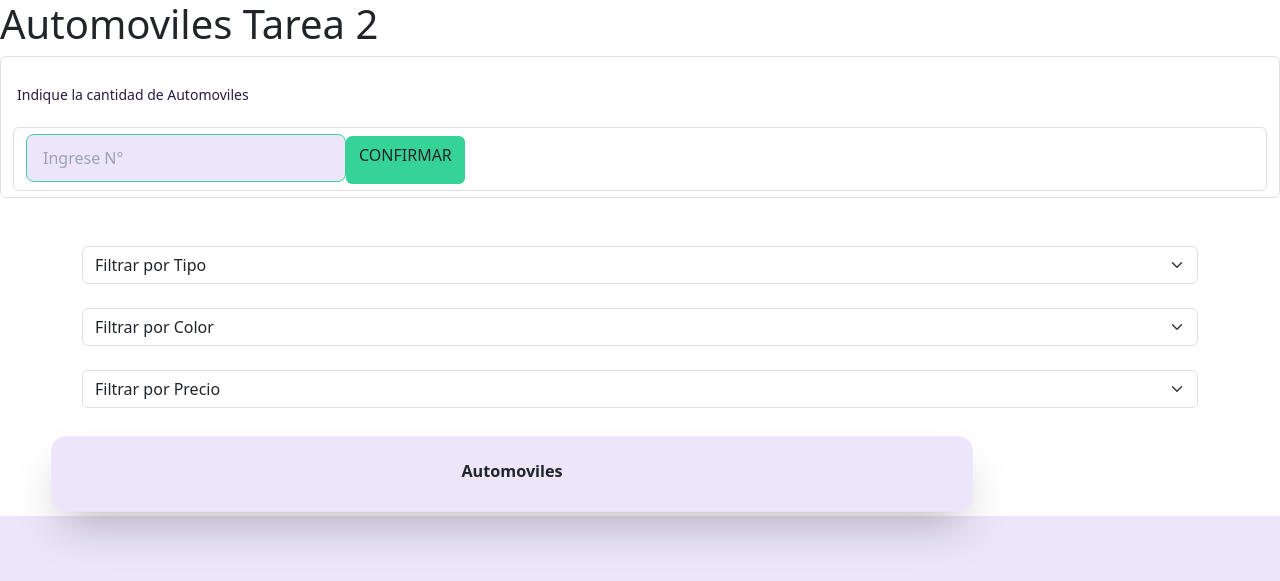
Repository: Claudioxs/Tarea2
Page: /automovil (app in FrontEnd/vue-project/)
The author's editor kept a copy of each file at every save. The page is drawn from the files as they stood at one save, then again after the next save.
The browser window is 1280 px wide. The pictures show the whole page.
The project was rebuilt for these pictures with package versions that can differ from the ones it lists, and the page was loaded fresh each time. Also part of the build but not shown: FrontEnd/vue-project/vite.config.js, FrontEnd/vue-project/src/components/HelloWorld.vue.

Above is the page before, as saved 2023-05-23 00:02:33.

After the next save:
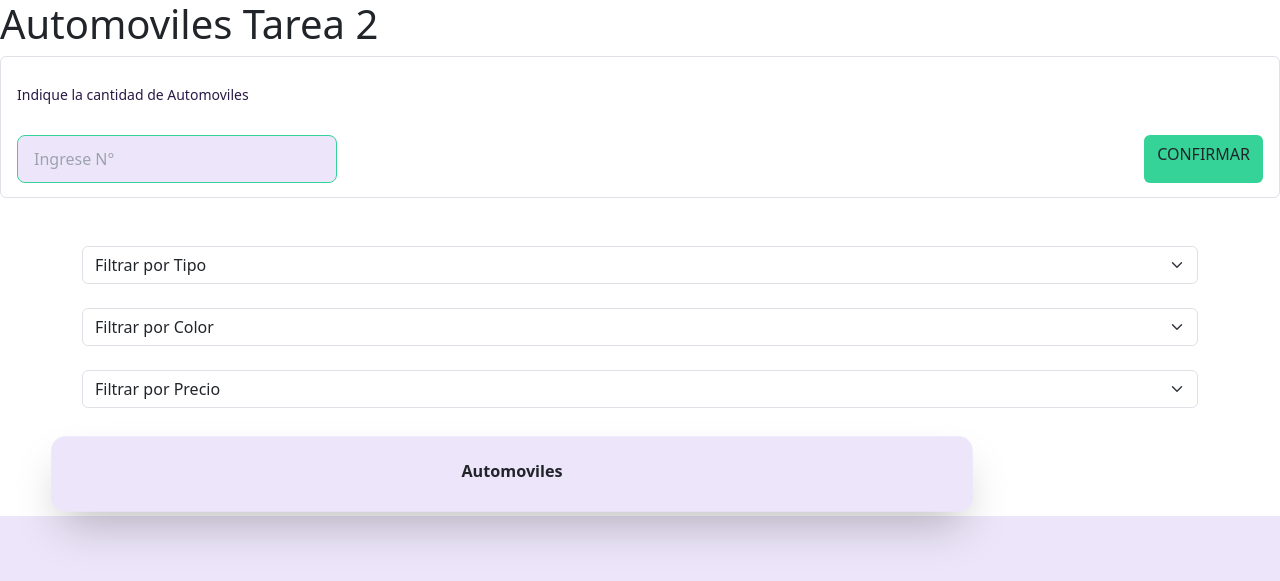
Saved 38 s later.
--- a/FrontEnd/vue-project/src/views/Automovil.vue
+++ b/FrontEnd/vue-project/src/views/Automovil.vue
@@ -10,12 +10,12 @@
     <br><br>
 
   </label>
- <div class="flex flex-col"  >
-  <div class="form-control w-52">
+ <div class="cursor-pointer label"  >
+
   <input type="number" placeholder="Ingrese N°" class="input input-bordered input-success w-full max-w-xs" />
     <label for="Modal"  @click="crearAutomovil(label-text)" class="btn " style="background-color: #36D399">Confirmar</label>
   </div>
-</div>
+
 </div>
 <br><br>
 <div class="container">
